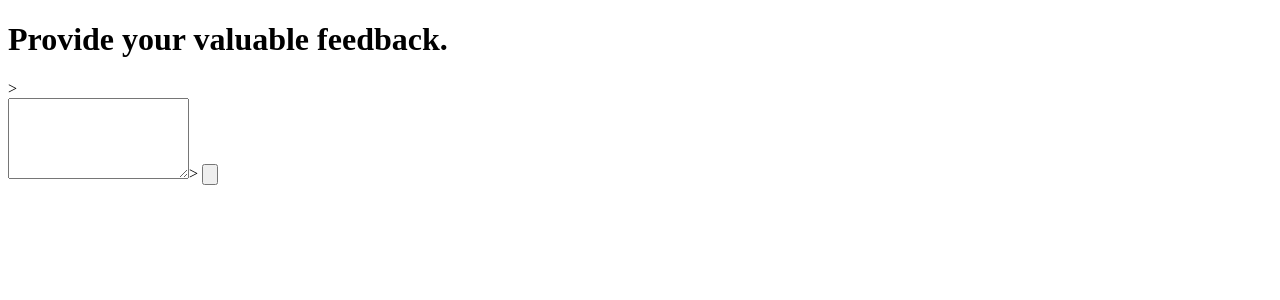
Repository: alph-a07/Java-EE
Page: http://localhost/FeedBackPage/SubmitFeedback.jsp
The author's editor kept a copy of each file at every save. The page is drawn from the files as they stood at one save, then again after the next save.
The browser window is 1280 px wide. The pictures show the whole page.
The page is served by Tomcat 9. Other server files are loaded and not shown.

Above is the page before, as saved 2023-01-20 11:14:20.

### FeedBackPage/src/main/webapp/SubmitFeedback.jsp
<%@ page language="java" contentType="text/html; charset=ISO-8859-1"
	pageEncoding="ISO-8859-1"%>

<!DOCTYPE html>

<html>

	<head>
	<meta charset="ISO-8859-1">
	<title>Feedback page</title>
	</head>

	<body>
		<h1>Provide your valuable feedback.</h1>>

		<form>
		<textarea rows = 5 name="feedbackParam"></textarea>>
		<input type="submit" name="submit" value>
	</body>
</html>

After the next save:
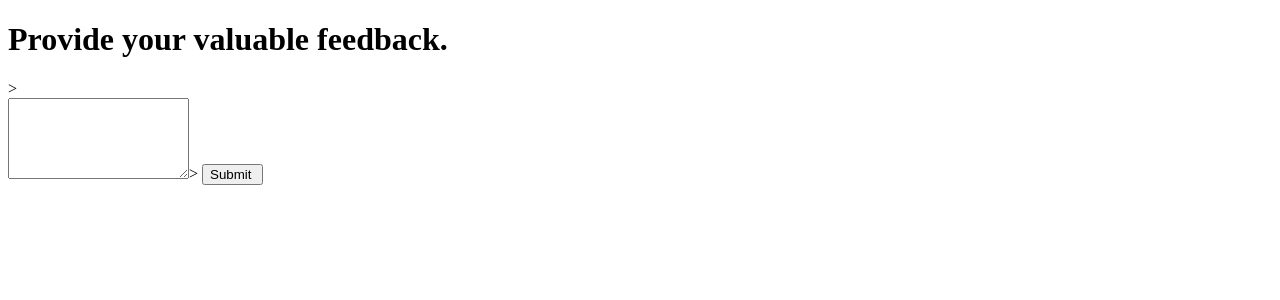
Saved 6 s later.
--- a/FeedBackPage/src/main/webapp/SubmitFeedback.jsp
+++ b/FeedBackPage/src/main/webapp/SubmitFeedback.jsp
@@ -15,6 +15,6 @@
 
 		<form>
 		<textarea rows = 5 name="feedbackParam"></textarea>>
-		<input type="submit" name="submit" value>
+		<input type="submit" name="submit" value="Submit ">
 	</body>
 </html>
